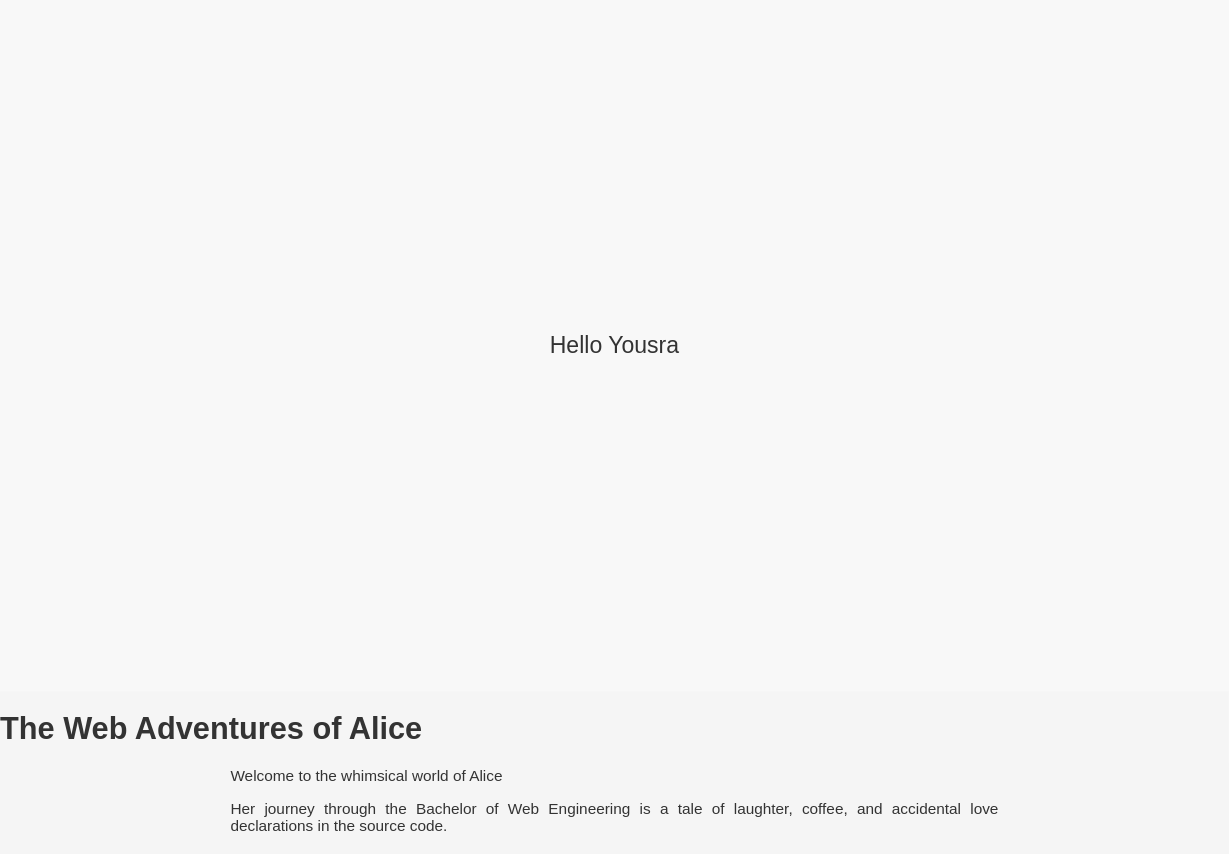
Repository: inessben/application
Page: index.html
An editor plug-in stored every save of this project. The page is shown before and after the next save, followed by the edit.
The browser window is 1280 px wide. The pictures show the whole page, at 96% of full size.

Above is the page before, as saved 2023-12-03 18:43:10.

### index.html
<!DOCTYPE html>
<html lang="en">
<head>
    <meta charset="UTF-8">
    <meta name="viewport" content="width=device-width, initial-scale=1.0">
    <!-- generate the icon -->
    <link rel="apple-touch-icon" sizes="180x180" href="/favicon/apple-touch-icon.png">
    <link rel="icon" type="image/png" sizes="32x32" href="/favicon/favicon-32x32.png">
    <link rel="icon" type="image/png" sizes="16x16" href="/favicon/favicon-16x16.png">
    <link rel="manifest" href="/favicon/site.webmanifest">
    <link rel="mask-icon" href="/favicon/safari-pinned-tab.svg" color="#5bbad5">
    <meta name="msapplication-TileColor" content="#da532c">
    <!--  -->
    <meta name="theme-color" content="#333333">
    <title>#slowlyApplication</title>
    <link rel="stylesheet" href="index.css">
</head>
<body>
    <section id="interactive-section">
    <p id="text-content">Hello Yousra</p>
    </section>

    <h1>The Web Adventures of Alice</h1>
    </header>
    <section class="content">
        <p>Welcome to the whimsical world of Alice</p>
        <p>Her journey through the Bachelor of Web Engineering is a tale of laughter, coffee, and accidental love declarations in the source code.</p>
    </section>

    <script src="script.js"></script>
</body>
</html>

### index.css
html {
    scroll-behavior: smooth;
    }

body {
    margin: 0;
    overflow: hidden;
    font-family: 'Arial', sans-serif;
    background-color: #f5f5f5;
    color: #333;
    margin: 0;
    padding: 0;
    }

#interactive-section {
    height: 100vh;
    display: flex;
    align-items: center;
    justify-content: center;
    background-color: #f8f8f8;
    overflow: hidden;
    }

#text-content {
    font-size: 24px;
    /* transform: translateX(0%); */
    transition: transform 0.5s ease-in-out;
    }
header {
    background-color: #3498db;
    color: #fff;
    text-align: center;
    padding: 1em;
    }

.content {
    max-width: 800px;
    margin: 20px auto;
    text-align: justify;
    padding: 0 20px;
    }

img {
    width: 100%;
    height: auto;
    margin-top: 20px;
    }

### script.js
const textContent = document.getElementById('text-content');
const interactiveSection = document.getElementById('interactive-section');

document.addEventListener('keydown', function (event) {
  if (event.code === 'Space') {
    switch (textContent.innerText) {
      case 'Hello Yousra':
        textContent.innerText = 'Hello Yasmine';
        break;
      case 'Hello Yasmine':
        textContent.innerText = 'Hello Chi Khanh';
        break;
      case 'Hello Chi Khanh':
        textContent.innerText = '...Or anyone else from the team';
        break;
      case '...Or anyone else from the team':
        textContent.innerText = 'Let me present you...';
        break;
      default:
        interactiveSection.style.overflow = 'scroll';
        break;
    }
  }
});

After the next save:
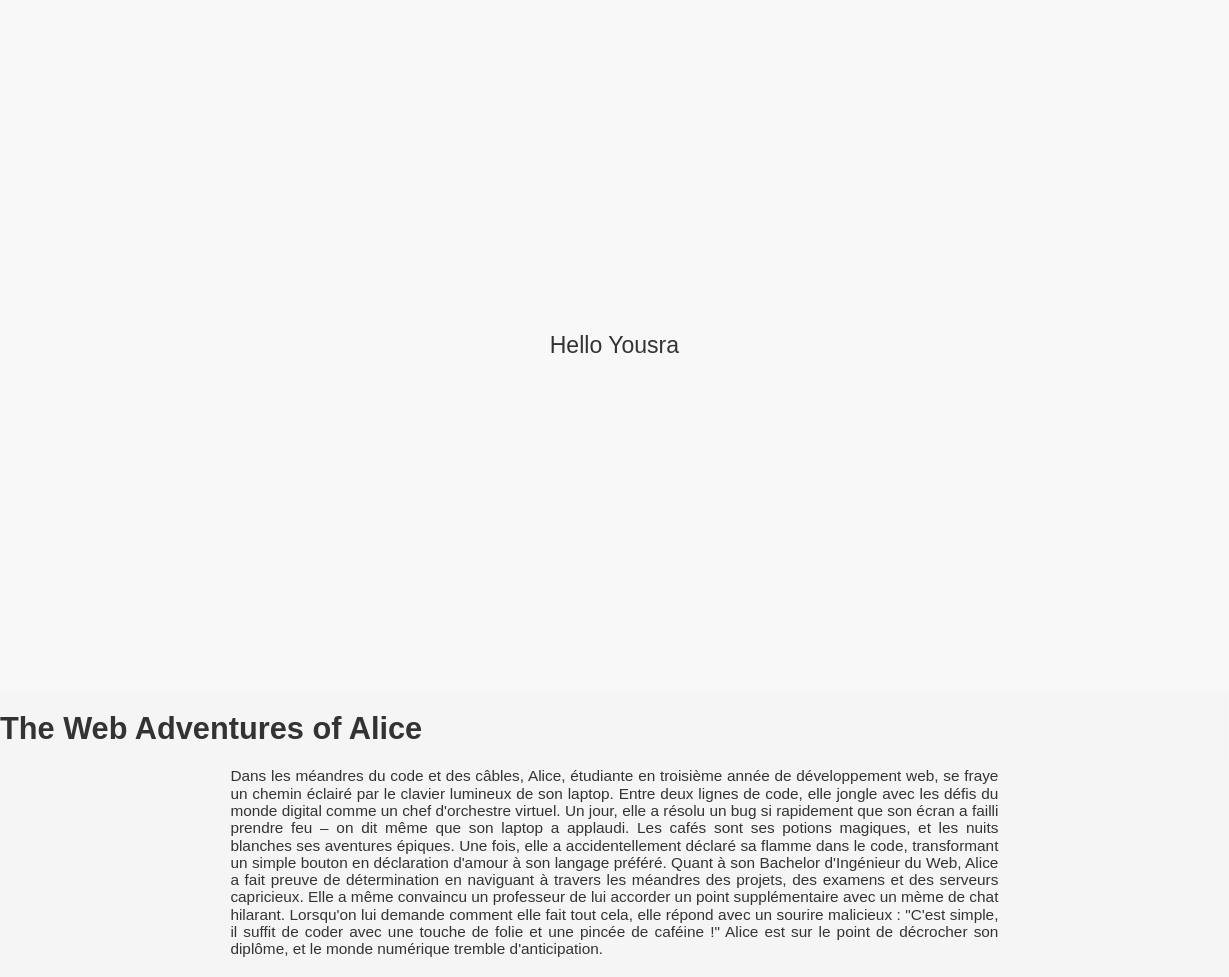
Saved 68 s later.
--- a/index.html
+++ b/index.html
@@ -23,8 +23,9 @@
     <h1>The Web Adventures of Alice</h1>
     </header>
     <section class="content">
-        <p>Welcome to the whimsical world of Alice</p>
-        <p>Her journey through the Bachelor of Web Engineering is a tale of laughter, coffee, and accidental love declarations in the source code.</p>
+        <p>Dans les méandres du code et des câbles, Alice, étudiante en troisième année de développement web, se fraye un chemin éclairé par le clavier lumineux de son laptop. Entre deux lignes de code, elle jongle avec les défis du monde digital comme un chef d'orchestre virtuel. Un jour, elle a résolu un bug si rapidement que son écran a failli prendre feu – on dit même que son laptop a applaudi. Les cafés sont ses potions magiques, et les nuits blanches ses aventures épiques. Une fois, elle a accidentellement déclaré sa flamme dans le code, transformant un simple bouton en déclaration d'amour à son langage préféré.
+
+            Quant à son Bachelor d'Ingénieur du Web, Alice a fait preuve de détermination en naviguant à travers les méandres des projets, des examens et des serveurs capricieux. Elle a même convaincu un professeur de lui accorder un point supplémentaire avec un mème de chat hilarant. Lorsqu'on lui demande comment elle fait tout cela, elle répond avec un sourire malicieux : "C'est simple, il suffit de coder avec une touche de folie et une pincée de caféine !" Alice est sur le point de décrocher son diplôme, et le monde numérique tremble d'anticipation.</p>
     </section>
 
     <script src="script.js"></script>
